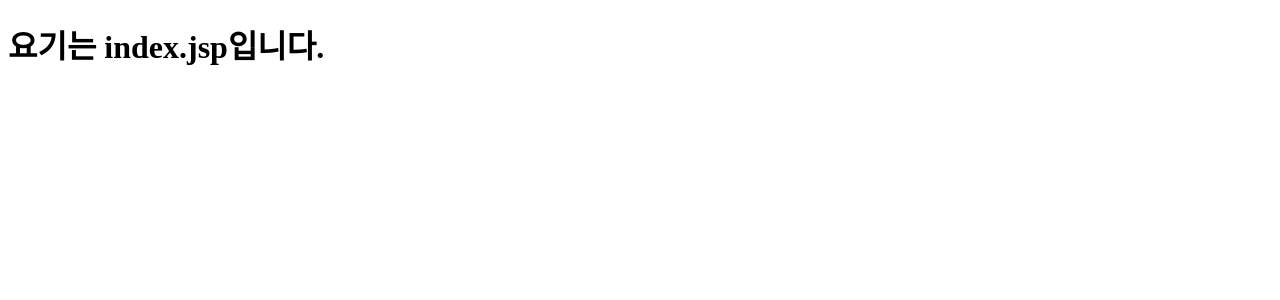
Repository: j-hee-98/Servlet-JSP
Page: http://localhost/step02_JSP/action_include/index.jsp
These files come from the project's save history. The page is drawn as it stood at one moment and after the next save; the edit follows.
The browser window is 1280 px wide. The pictures show the whole page.
The page is served by Tomcat 9.

Above is the page before, as saved 2025-04-15 02:45:33.

After the next save:
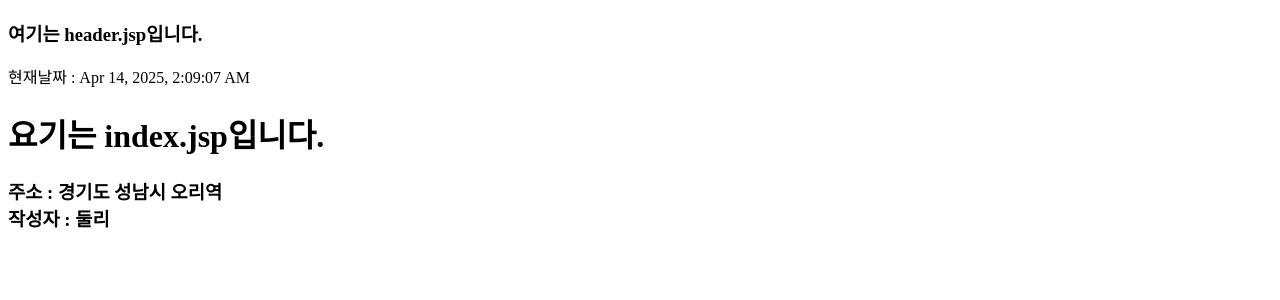
Saved 33 s later.
--- a/step02_JSP/src/main/webapp/action_include/index.jsp
+++ b/step02_JSP/src/main/webapp/action_include/index.jsp
@@ -7,6 +7,9 @@
 <title>Insert title here</title>
 </head>
 <body>
+<jsp:include page="header.jsp"></jsp:include>
 	<h1>요기는 index.jsp입니다.</h1>
+
+<jsp:include page="footer.jsp"></jsp:include>
 </body>
 </html>
